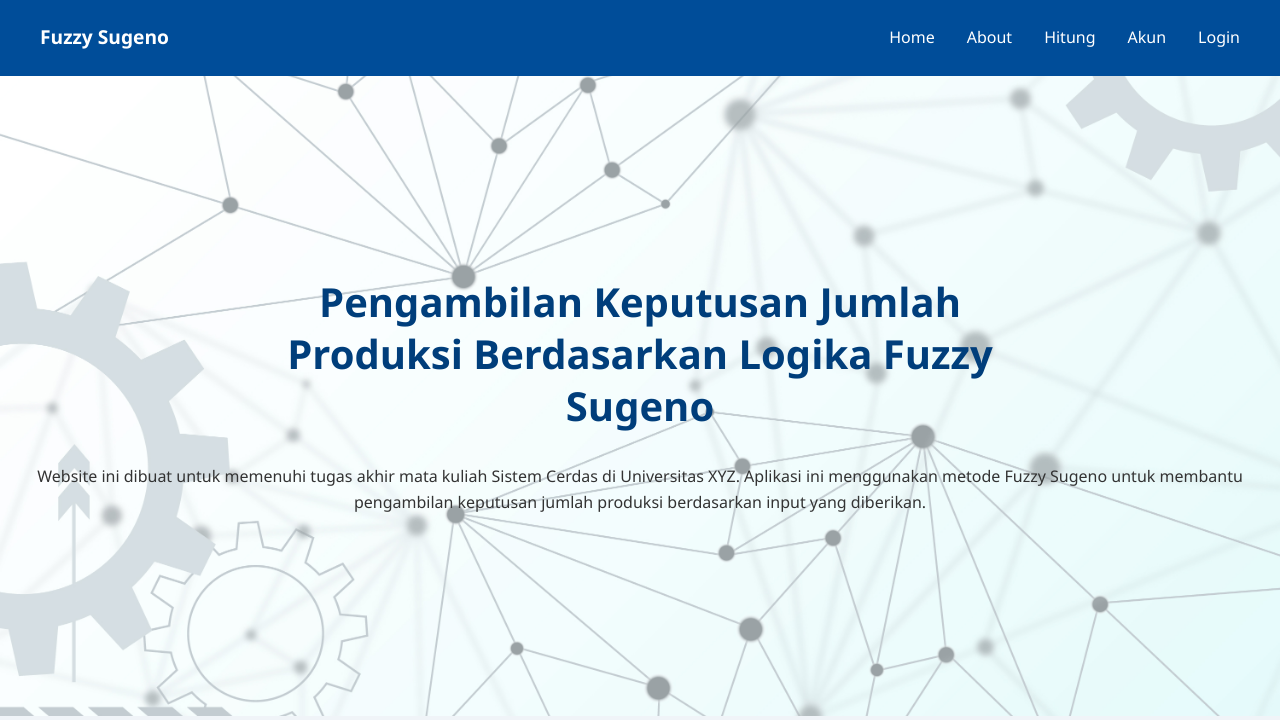
Repository: Senicccc/Defuzzy-Sugeno
Page: http://localhost/php/about.php
These files come from the project's save history. The page is drawn as it stood at one moment and after a run of saves; the edit follows.
The browser window is 1280 px wide. The pictures show the whole page.
The page is run by PHP 8.4 with error messages shown; the project is at /var/www/html/.

Above is the page before, as saved 2025-06-09 11:17:37.

After the next 4 saves:
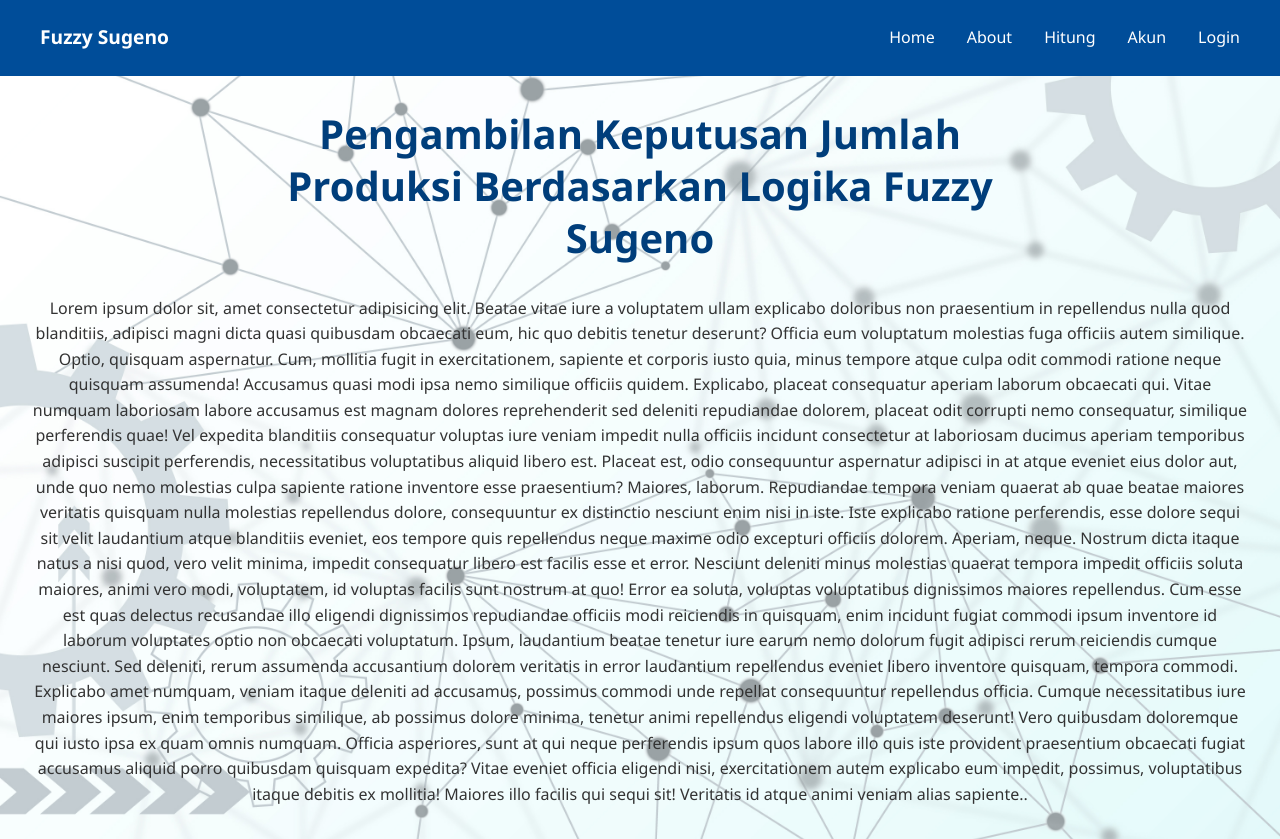
The 4 saves are shown as one change because they came seconds apart.
The last was saved 12 s later.
--- a/php/about.php
+++ b/php/about.php
@@ -17,9 +17,36 @@
 
     <section class="hero" style="background: url('img/menu-bg.jpg') center center/cover no-repeat;">
         <h1>Pengambilan Keputusan Jumlah Produksi Berdasarkan Logika Fuzzy Sugeno</h1>
-        <p>Website ini dibuat untuk memenuhi tugas akhir mata kuliah Sistem Cerdas di Universitas XYZ.
-            Aplikasi ini menggunakan metode Fuzzy Sugeno untuk membantu pengambilan keputusan jumlah produksi
-            berdasarkan input yang diberikan.</p>
+        <p>Lorem ipsum dolor sit, amet consectetur adipisicing elit. Beatae vitae iure a voluptatem ullam explicabo
+            doloribus non praesentium in repellendus nulla quod blanditiis, adipisci magni dicta quasi quibusdam
+            obcaecati eum, hic quo debitis tenetur deserunt? Officia eum voluptatum molestias fuga officiis autem
+            similique. Optio, quisquam aspernatur. Cum, mollitia fugit in exercitationem, sapiente et corporis iusto
+            quia, minus tempore atque culpa odit commodi ratione neque quisquam assumenda! Accusamus quasi modi ipsa
+            nemo similique officiis quidem. Explicabo, placeat consequatur aperiam laborum obcaecati qui. Vitae numquam
+            laboriosam labore accusamus est magnam dolores reprehenderit sed deleniti repudiandae dolorem, placeat odit
+            corrupti nemo consequatur, similique perferendis quae! Vel expedita blanditiis consequatur voluptas iure
+            veniam impedit nulla officiis incidunt consectetur at laboriosam ducimus aperiam temporibus adipisci
+            suscipit perferendis, necessitatibus voluptatibus aliquid libero est. Placeat est, odio consequuntur
+            aspernatur adipisci in at atque eveniet eius dolor aut, unde quo nemo molestias culpa sapiente ratione
+            inventore esse praesentium? Maiores, laborum. Repudiandae tempora veniam quaerat ab quae beatae maiores
+            veritatis quisquam nulla molestias repellendus dolore, consequuntur ex distinctio nesciunt enim nisi in
+            iste. Iste explicabo ratione perferendis, esse dolore sequi sit velit laudantium atque blanditiis eveniet,
+            eos tempore quis repellendus neque maxime odio excepturi officiis dolorem. Aperiam, neque. Nostrum dicta
+            itaque natus a nisi quod, vero velit minima, impedit consequatur libero est facilis esse et error. Nesciunt
+            deleniti minus molestias quaerat tempora impedit officiis soluta maiores, animi vero modi, voluptatem, id
+            voluptas facilis sunt nostrum at quo! Error ea soluta, voluptas voluptatibus dignissimos maiores
+            repellendus. Cum esse est quas delectus recusandae illo eligendi dignissimos repudiandae officiis modi
+            reiciendis in quisquam, enim incidunt fugiat commodi ipsum inventore id laborum voluptates optio non
+            obcaecati voluptatum. Ipsum, laudantium beatae tenetur iure earum nemo dolorum fugit adipisci rerum
+            reiciendis cumque nesciunt. Sed deleniti, rerum assumenda accusantium dolorem veritatis in error laudantium
+            repellendus eveniet libero inventore quisquam, tempora commodi. Explicabo amet numquam, veniam itaque
+            deleniti ad accusamus, possimus commodi unde repellat consequuntur repellendus officia. Cumque
+            necessitatibus iure maiores ipsum, enim temporibus similique, ab possimus dolore minima, tenetur animi
+            repellendus eligendi voluptatem deserunt! Vero quibusdam doloremque qui iusto ipsa ex quam omnis numquam.
+            Officia asperiores, sunt at qui neque perferendis ipsum quos labore illo quis iste provident praesentium
+            obcaecati fugiat accusamus aliquid porro quibusdam quisquam expedita? Vitae eveniet officia eligendi nisi,
+            exercitationem autem explicabo eum impedit, possimus, voluptatibus itaque debitis ex mollitia! Maiores illo
+            facilis qui sequi sit! Veritatis id atque animi veniam alias sapiente..</p>
     </section>
 
 </body>
